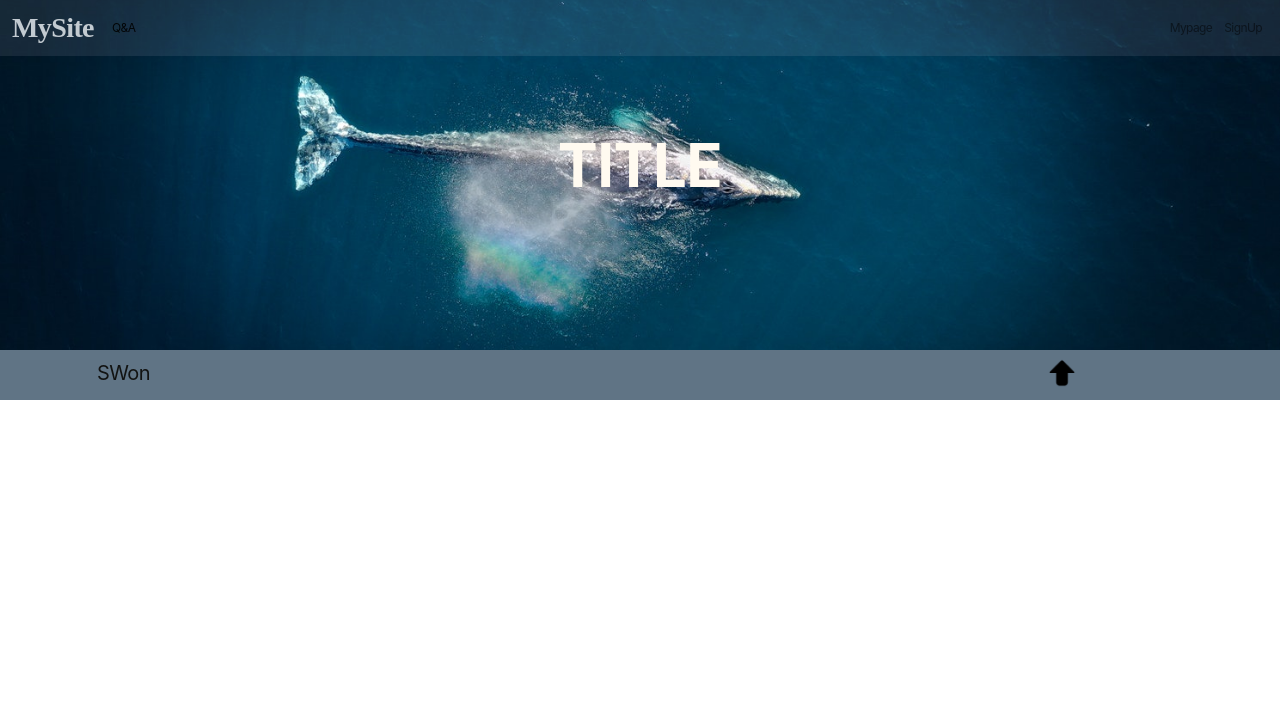
Repository: JungSWon/Project
Page: http://localhost/
The author's editor kept a record of every edit. The page is drawn from the files as they stood at one moment, then again after a run of edits.
The browser window is 1280 px wide. The pictures show the whole page.
Some web fonts or font styles are not loaded; a fallback is used. The page is served by the project's application, run on Django 2.2 (pj05/manage.py). Other server files are loaded and not shown.

Above is the page before.

### 05_detail/pj05/detail/views.py
from django.shortcuts import render

# Create your views here.
def index(request):
    return render(request,'index.html')

def qna(request):
    return render(request,'qna.html')


def mypage(request):
    return render(request,'mypage.html')


def signup(request):
    return render(request,'signup.html')

def notfound(request,noturl):
    return render(request,'notfound.html',{'noturl':noturl})

### 05_detail/pj05/detail/templates/index.html
{% extends 'base.html' %}

{% block title %}
프로젝트공오다시디테일
{% endblock %}


{% block body %}
<section id='cover'>
    <div class="container">
        <div class="col">
            <h1 class="cover-title">
                TITLE
            </h1>
        </div>
    </div>
</section>

<footer id="footer" >
    <div class="container">
        <div class="row">
            <div class="col-2">
                <p class="footer-copy">SWon</p>
            </div>
            <div class="col-8">
            </div>
            <div class="col-2" >
                <a href="#" class="top"><img src="../static/assets/Arrows-Right-Arrow-icon.png" alt=""></a>
            </div>
        </div>
    </div>
</footer>

{% endblock %}

### 05_detail/pj05/detail/templates/base.html
{% load static %}
<!DOCTYPE html>
<html lang="ko">
    <head>
        <meta charset="UTF-8">
        <meta name="viewport" content="width=device-width, initial-scale=1.0">
        <meta http-equiv="X-UA-Compatible" content="ie=edge">
        <link rel="stylesheet" href="https://stackpath.bootstrapcdn.com/bootstrap/4.3.1/css/bootstrap.min.css" integrity="sha384-ggOyR0iXCbMQv3Xipma34MD+dH/1fQ784/j6cY/iJTQUOhcWr7x9JvoRxT2MZw1T" crossorigin="anonymous">
        <link rel='stylesheet' href="{% static 'css/style.css' %}">
        <!--<link rel='stylesheet' href="/pj05/detail/static/css/style.css">-->
        <link href="https://fonts.googleapis.com/css?family=Baloo+Thambi|Noto+Sans+KR:400,700,900|Work+Sans:400,700,900" rel="stylesheet">
        <link rel ='icon' type='image/png' sizes="96x96" href="{% static 'assets/icons8-finn-96.png' %}">
        <title>{% block title %}{% endblock %}</title>
    </head>

<body>
        <nav class="navbar col-12 navbar-expand-sm navbar-light bg-fad sticky-top">
        <a class="navbar-brand" href="#"> MySite </a>
        <button class="navbar-toggler" type="button" data-toggle="collapse" data-target="#navbarNav" aria-controls="navbarNav" aria-expanded="false" aria-label="Toggle navigation">
            <span class="navbar-toggler-icon"></span>
        </button>
        <div class="navbar-nav">
            <li class="nav-item active" id="navbarNav">
                <a class="nav-link" href="/qna">Q&A <span class="sr-only">(current)</span></a>
            </li>
        </div>
        <div class="collapse navbar-collapse">
            <ul class="navbar-nav" id="navbarNav">
                <li class="nav-item">
                    <a class="nav-link" href="/mypage">Mypage</a>
                </li>
                <li class="nav-item">
                    <a class="nav-link" href="/signup">SignUp</a>
                </li>
            </ul>
        </div>
        </nav>

        <script src="https://code.jquery.com/jquery-3.3.1.slim.min.js" integrity="sha384-q8i/X+965DzO0rT7abK41JStQIAqVgRVzpbzo5smXKp4YfRvH+8abtTE1Pi6jizo" crossorigin="anonymous"></script>
        <script src="https://cdnjs.cloudflare.com/ajax/libs/popper.js/1.14.7/umd/popper.min.js" integrity="sha384-UO2eT0CpHqdSJQ6hJty5KVphtPhzWj9WO1clHTMGa3JDZwrnQq4sF86dIHNDz0W1" crossorigin="anonymous"></script>
        <script src="https://stackpath.bootstrapcdn.com/bootstrap/4.3.1/js/bootstrap.min.js" integrity="sha384-JjSmVgyd0p3pXB1rRibZUAYoIIy6OrQ6VrjIEaFf/nJGzIxFDsf4x0xIM+B07jRM" crossorigin="anonymous"></script>
    {% block body %}
    {% endblock %}
</body>
</html>

### 05_detail/pj05/pj05_detail/urls.py
"""pj05_detail URL Configuration

The `urlpatterns` list routes URLs to views. For more information please see:
    https://docs.djangoproject.com/en/2.1/topics/http/urls/
Examples:
Function views
    1. Add an import:  from my_app import views
    2. Add a URL to urlpatterns:  path('', views.home, name='home')
Class-based views
    1. Add an import:  from other_app.views import Home
    2. Add a URL to urlpatterns:  path('', Home.as_view(), name='home')
Including another URLconf
    1. Import the include() function: from django.urls import include, path
    2. Add a URL to urlpatterns:  path('blog/', include('blog.urls'))
"""
from django.contrib import admin
from django.urls import path
from detail import views

urlpatterns = [
    path('admin/', admin.site.urls),
    path('', views.index),
    path('mypage/', views.mypage),
    path('qna/', views.qna),
    path('signup/', views.signup),
    path('<str:noturl>/', views.notfound),
]

### 05_detail/pj05/detail/static/css/style.css
html{
    font-size: 12px;
    font-family: 'Work Sans', sans-serif;
    font-family: 'Noto Sans KR', sans-serif;
    letter-spacing: -0.05em;
}


.navbar {
    padding-top: 10px;
    padding-bottom: 10px;
    background-color: rgba(210, 208, 222, 0.1);
    position: absolute;

}



    /* 아이템 좌측이동 */
.collapse.navbar-collapse {
    justify-content: flex-end;
}


    /* 네브바 좌측 대표이름, 로고 */
.navbar-light .navbar-brand {
    font-family: 'Baloo Thambi', cursive;
    font-size: 28px;
    line-height: 1;
    font-weight: 700;
    color: #c3cbd1;
}





/*index*/


#cover{
    display: flex;
    justify-content: flex-start;
    align-items: center;
    height: 350px;
    background-size: cover;
    background-position: center center;
    color: floralwhite;
    background-image: url('/static/assets/cover.jpg');
}

.cover-title{
    font-size: 60px;
    line-height: 1.15;
    font-weight: 700;
    margin-bottom: 20px;
    display: flex;
    justify-content: center;
}




#footer{
    padding: 0 1rem 0 3rem;
    height: 50px;
    background-color: #607485;
    color: #121312;
    display: flex;
    align-items: flex-end;
}


.footer-copy{
    letter-spacing: -0.04;
    display: flex;
    align-items: flex-end;
    font-size: 20px;
}



a.top{
    line-height: 2rem;
    margin-bottom: 10px;
}

a.top img{
    width: 30px;
    height: 30px;
    position: relative;
}



.page-body{
    margin: 100px 30px;
}


/*signup*/
.signup-t{
    margin:30px 0;
}





/*Q&A*/
.qnatitle{
    margin:30px 0;
    display: flex;
    justify-content: center;
}





/*mypage*/

.mypage-body{
    margin: 100px 200px;
}

.image-cropper {
    width: 184px;
    height: 184px;
    position: relative;
    overflow: hidden;
    border-radius: 50%;
    margin-left: 5px;
}

.card-img-top round {
    margin: auto 0;
    height: auto;
    width: 100%;
}


/*notfound*/

#notfound-cover{
    display: flex;
    justify-content: flex-start;
    align-items: center;
    height: 350px;
    background-size: cover;
    background-position: center center;
    color: floralwhite;
    background-color: #ede279;
}


#notfound-cover .cover-title{
    font-size: 60px;
    line-height: 1.15;
    font-weight: 700;
    margin-bottom: 20px;
    display: flex;
    justify-content: center;
}

After the next 2 edits:
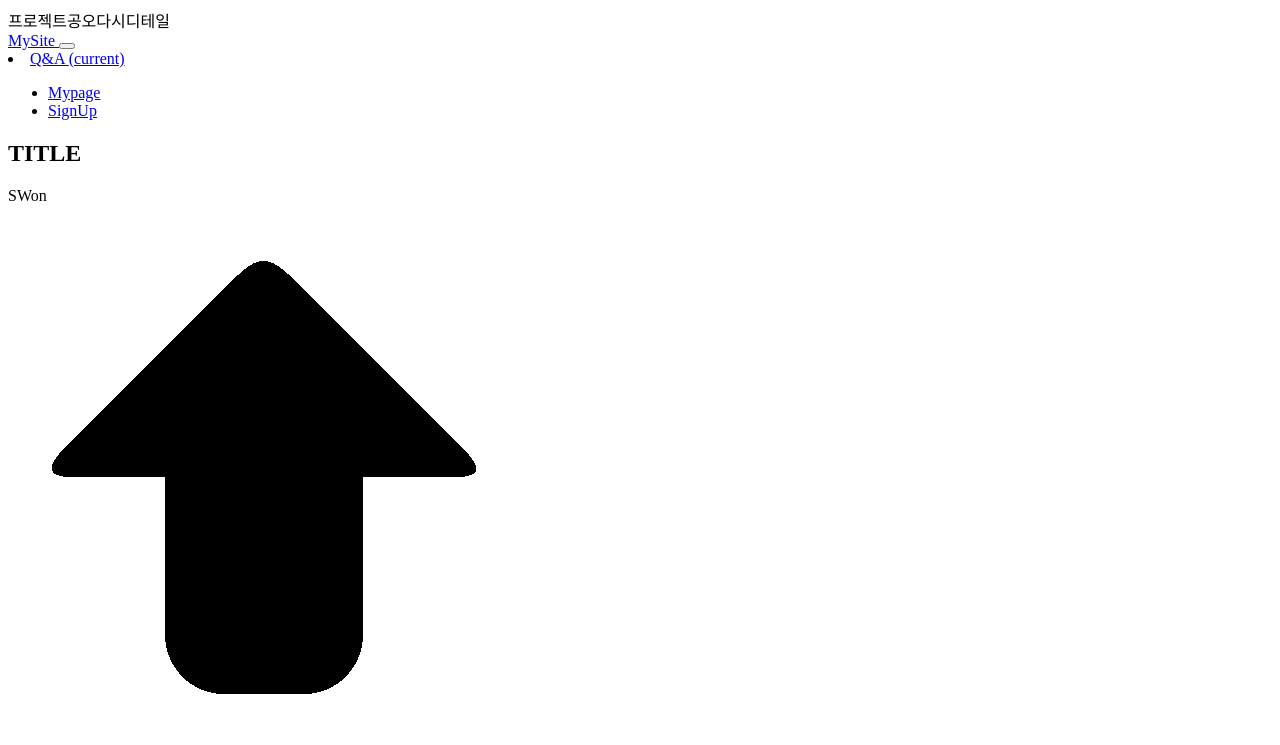
The 2 edits are shown as one change because 1 did not build or start.
The edit:
--- a/05_detail/pj05/detail/templates/base.html
+++ b/05_detail/pj05/detail/templates/base.html
@@ -1,6 +1,7 @@
 {% load static %}
 <!DOCTYPE html>
 <html lang="ko">
+    {% block title %}
     <head>
         <meta charset="UTF-8">
         <meta name="viewport" content="width=device-width, initial-scale=1.0">
@@ -10,7 +11,7 @@
         <!--<link rel='stylesheet' href="/pj05/detail/static/css/style.css">-->
         <link href="https://fonts.googleapis.com/css?family=Baloo+Thambi|Noto+Sans+KR:400,700,900|Work+Sans:400,700,900" rel="stylesheet">
         <link rel ='icon' type='image/png' sizes="96x96" href="{% static 'assets/icons8-finn-96.png' %}">
-        <title>{% block title %}{% endblock %}</title>
+        <title>{% endblock %}</title>
     </head>
 
 <body>

After the 3 edits that followed:
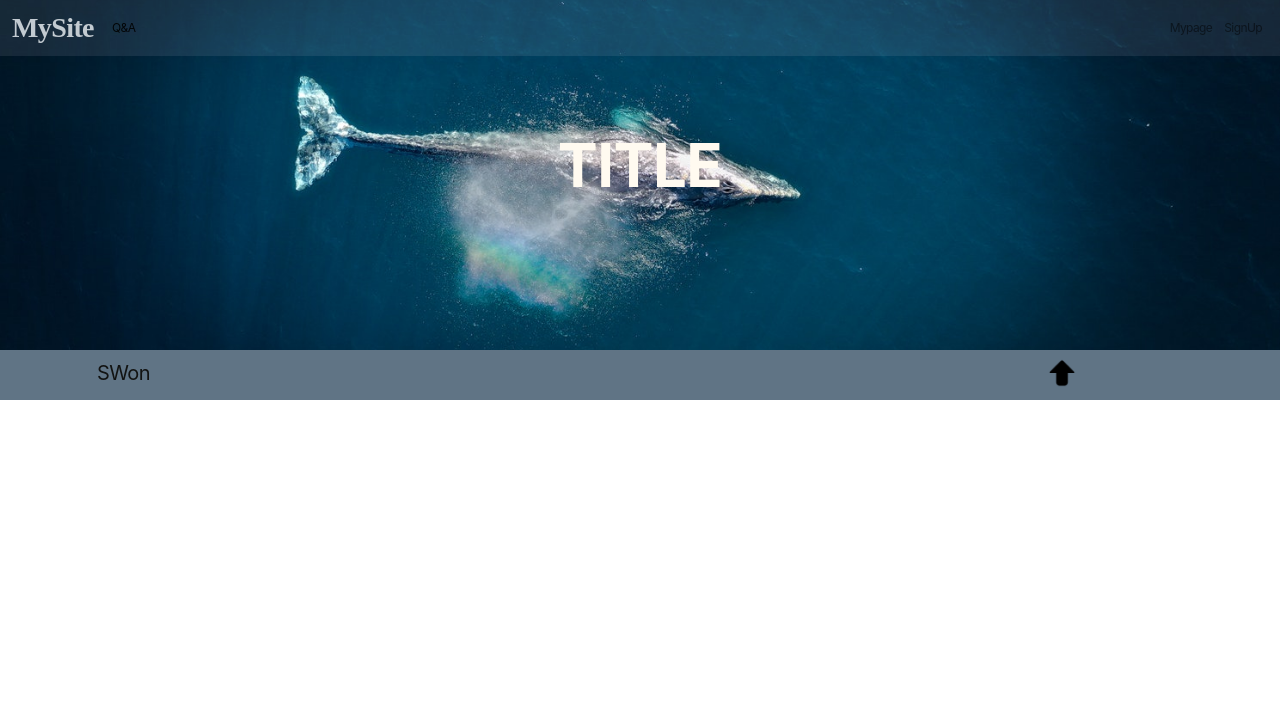
The 3 edits are shown as one change because 1 did not build or start and 1 left the picture as it was.
The edit:
--- a/05_detail/pj05/detail/templates/base.html
+++ b/05_detail/pj05/detail/templates/base.html
@@ -1,7 +1,7 @@
 {% load static %}
 <!DOCTYPE html>
 <html lang="ko">
-    {% block title %}
+    {% block head %}
     <head>
         <meta charset="UTF-8">
         <meta name="viewport" content="width=device-width, initial-scale=1.0">
@@ -11,9 +11,9 @@
         <!--<link rel='stylesheet' href="/pj05/detail/static/css/style.css">-->
         <link href="https://fonts.googleapis.com/css?family=Baloo+Thambi|Noto+Sans+KR:400,700,900|Work+Sans:400,700,900" rel="stylesheet">
         <link rel ='icon' type='image/png' sizes="96x96" href="{% static 'assets/icons8-finn-96.png' %}">
-        <title>{% endblock %}</title>
+        <title></title>
     </head>
-
+    {% endblock %}
 <body>
         <nav class="navbar col-12 navbar-expand-sm navbar-light bg-fad sticky-top">
         <a class="navbar-brand" href="#"> MySite </a>
